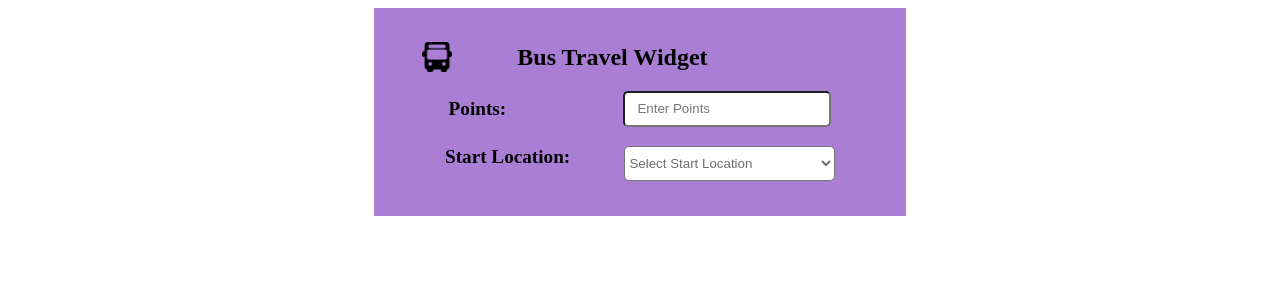
Repository: lasity34/bus_travel
Page: index.html
An editor plug-in stored every save of this project. The page is shown before and after the next save, followed by the edit.
The browser window is 1280 px wide. The pictures show the whole page.

Above is the page before, as saved 2023-05-31 10:15:15.

After the next save:
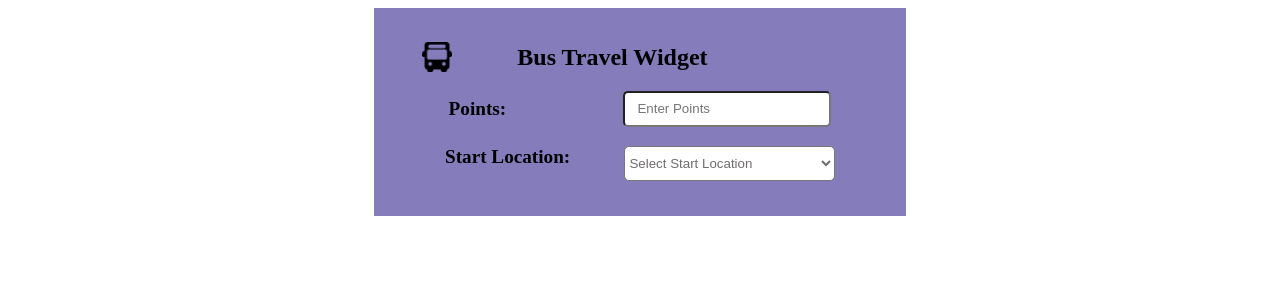
Saved 76 s later.
--- a/style.css
+++ b/style.css
@@ -5,7 +5,7 @@
    display: flex;
    flex-direction: column;
    justify-content: center;
-    background-color: rgb(171, 126, 213);
+    background-color: rgb(132, 124, 187);
     width: 70%;
     max-width: 500px;
     font-weight: bold;
